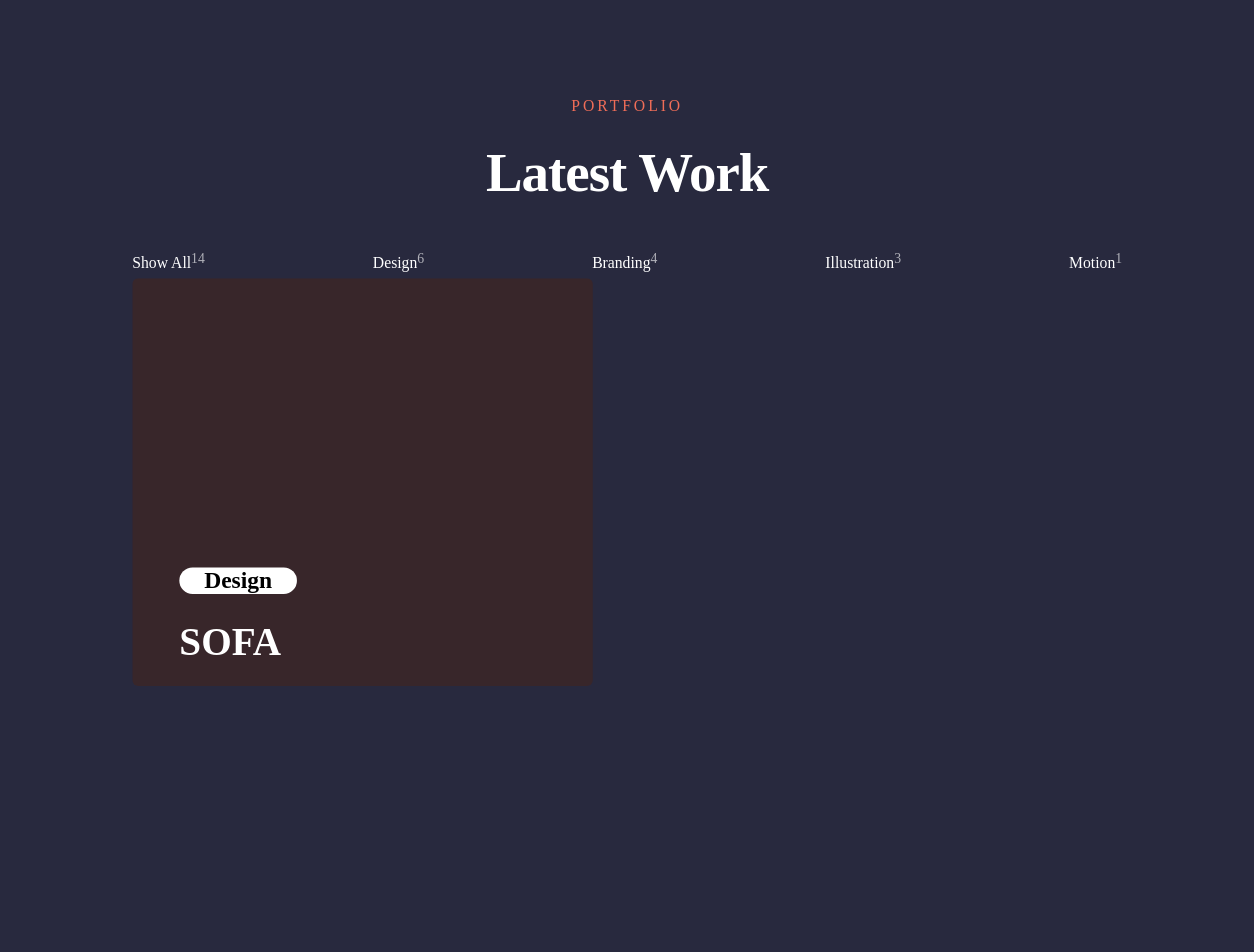
Repository: kubrazamanova/Position-3
Page: index.html
An editor plug-in stored every save of this project. The page is shown before and after the next save, followed by the edit.
The browser window is 1280 px wide. The pictures show the whole page, at 98% of full size.

Above is the page before, as saved 2023-10-21 11:01:19.

After the next save:
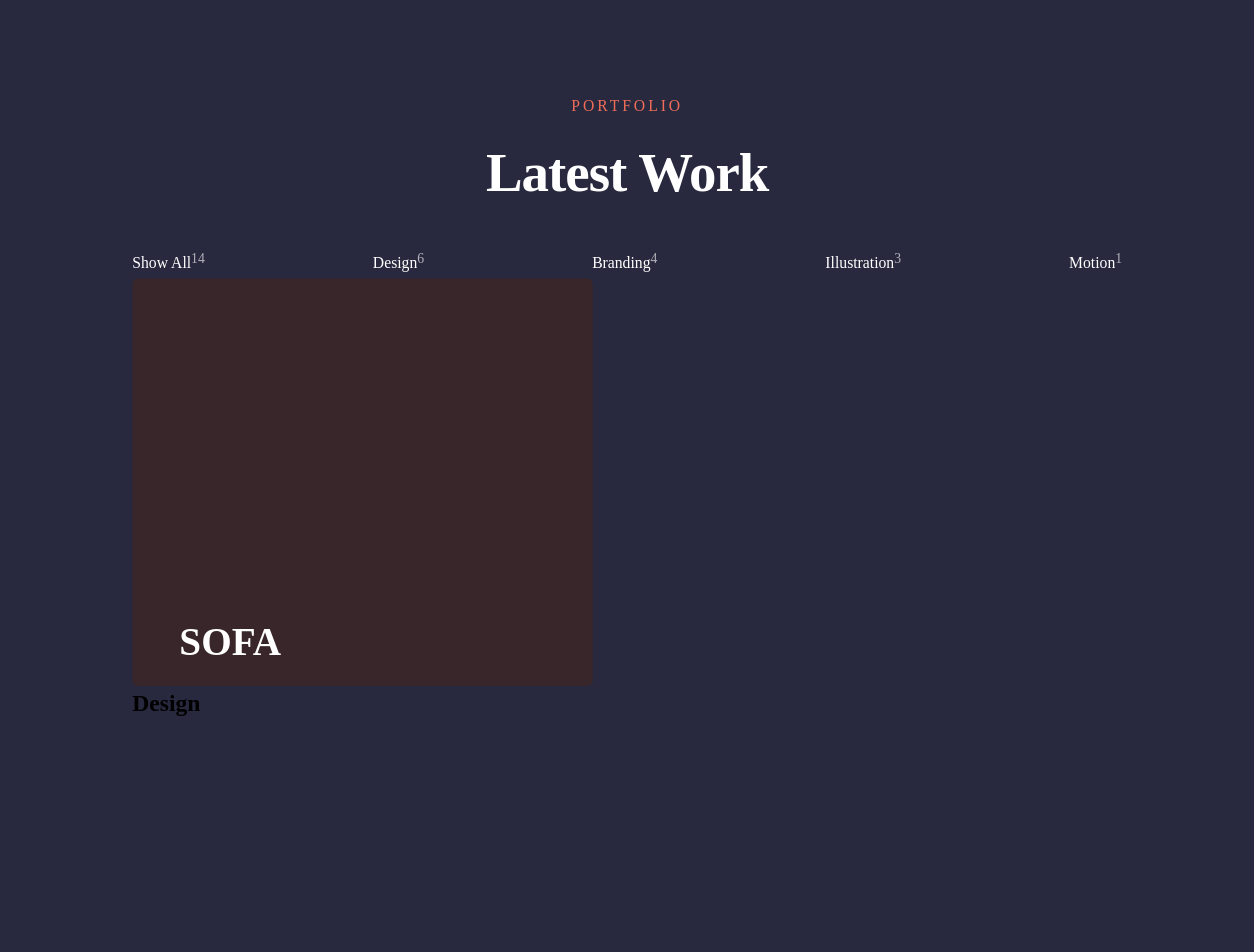
Saved 34 s later.
--- a/index.html
+++ b/index.html
@@ -42,7 +42,7 @@
         </ul>
       </div>
 
-      <div class="red-box">
+      <div class="box">
         <img src="./image/01.svg" alt="" />
         <h2 class="design">Design</h2>
       </div>

After the save that followed:
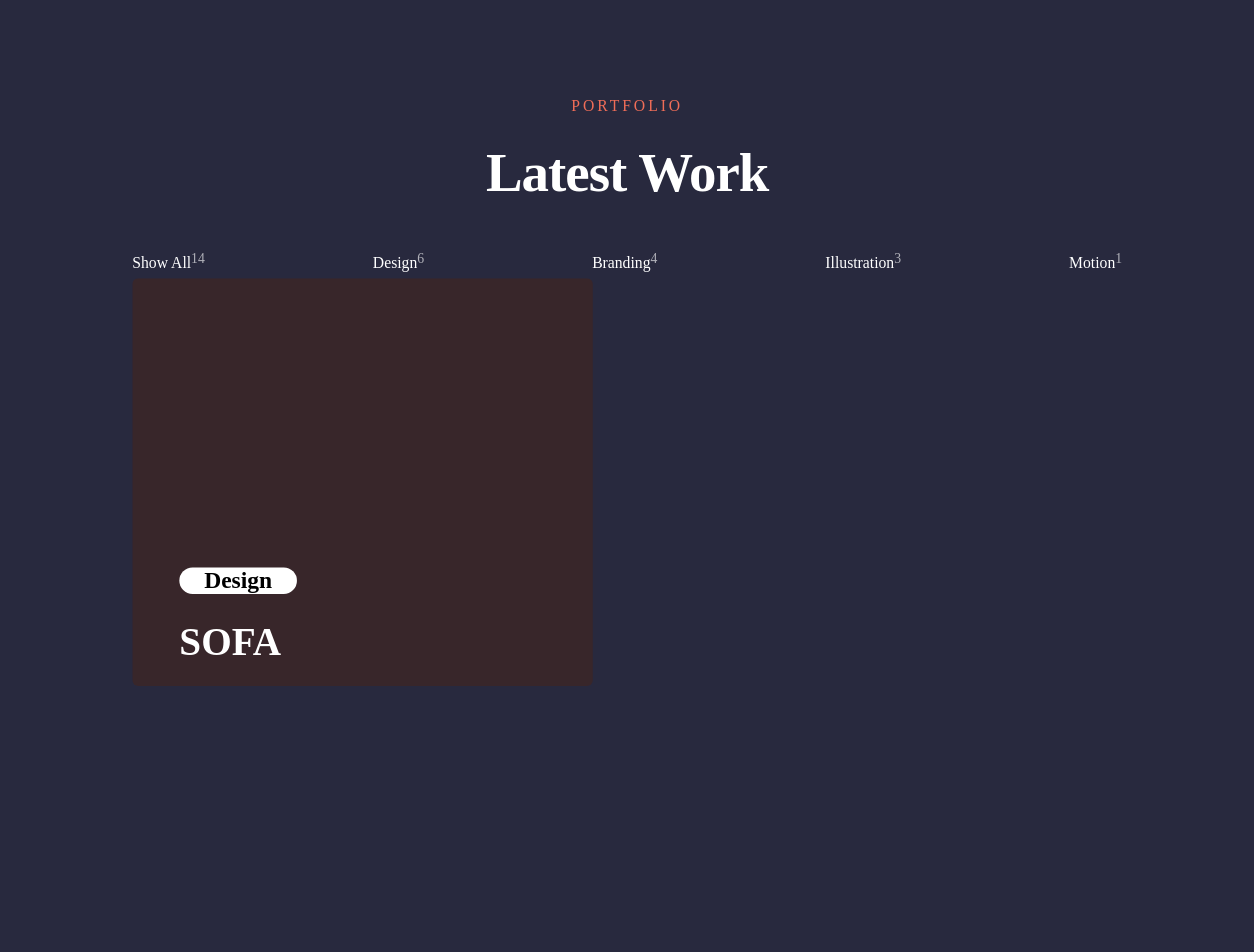
Saved 5 s later.
--- a/index.css
+++ b/index.css
@@ -74,7 +74,7 @@
   line-height: 24px;
 }
 
-.container .red-box h2 {
+.container .box h2 {
   position: relative;
   width: 120px;
   border-radius: 25px;
